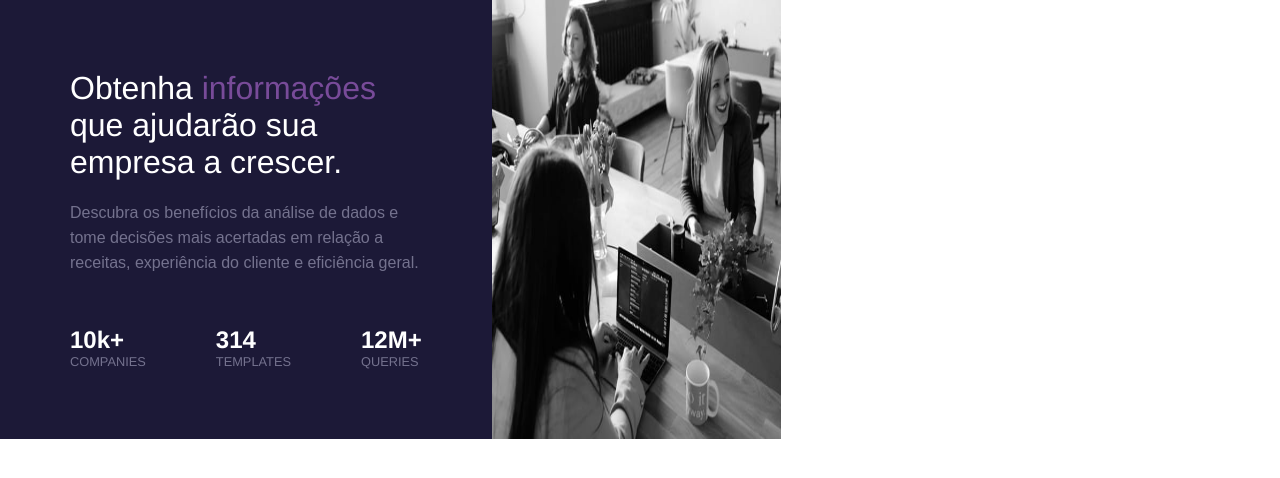
Repository: caique2512/componentes-de-estatisticas
Page: index.html
These files come from the project's save history. The page is drawn as it stood at one moment and after the next save; the edit follows.
The browser window is 1280 px wide. The pictures show the whole page.

Above is the page before, as saved 2026-03-03 17:38:52.

### index.html
<!DOCTYPE html>
<html lang="pt-br">
<head>
    <meta charset="UTF-8">
    <meta name="viewport" content="width=device-width, initial-scale=1.0">
    <title>Estatisticas</title>
    <link rel="stylesheet" href="src/reset.css">
    <link rel="stylesheet" href="src/estilos.css">
</head>
<body>
    <main class="conteudo">
        <div class="conteudo-principal">
            <h1 class="titulo">Obtenha <span>informações</span> que ajudarão sua empresa a crescer.</h1>
            <p class="subtitulo">Descubra os benefícios da análise de dados e tome decisões mais acertadas em relação a receitas, experiência do cliente e eficiência geral.</p>
            <ul class="estatisticas">
                <ul class="item1">
                    <li class="descricao">10k+</li>
                    <li>COMPANIES</li>
                </ul>
                <ul class="item2">
                    <li class="descricao">314</li>
                    <li>TEMPLATES</li>
                </ul>
                <ul class="item3">
                    <li class="descricao">12M+</li>
                    <li>QUERIES</li>
                </ul>
            </ul>
        </div>
        <picture class="img">
            <img src="./images/image-header-desktop.jpg" alt="Mulheres no escritório">
        </picture>
    </main>
</body>
</html>

### src/estilos.css
.conteudo {
    background-color: #1C1937;
    display: flex;
    max-width: calc(100% - 39%);
}

.conteudo-principal {
    padding: 70px;
    width: 500px;
}

.conteudo-principal .titulo {
    color: white;
    font-weight: 100;
    font-family: 'Franklin Gothic Medium', 'Arial Narrow', Arial, sans-serif;
    margin-bottom: 20px;
}

.conteudo-principal .titulo span {
    color: #784B99;
}

.conteudo-principal .subtitulo {
    color: #74728e;
    font-family: Arial, Helvetica, sans-serif;
    line-height: 1.56rem;
}

.conteudo-principal .estatisticas {
    display: flex;
    gap: 70px;
    margin-top: 50px;
}

.conteudo-principal .estatisticas .descricao {
    color: white;
    list-style: none;
    font-size: 1.5rem;
    font-weight: 600;
    font-family: 'Franklin Gothic Medium', 'Arial Narrow', Arial, sans-serif;
}

.conteudo-principal .estatisticas li {
    color: #74728e;
    font-family: 'Franklin Gothic Medium', 'Arial Narrow', Arial, sans-serif;
    font-size: 0.8rem;
    list-style: none;
}

.conteudo .img img {
    width: 100%;
    height: 100%;
}

Loaded but not shown: src/reset.css (common file)

After the next save:
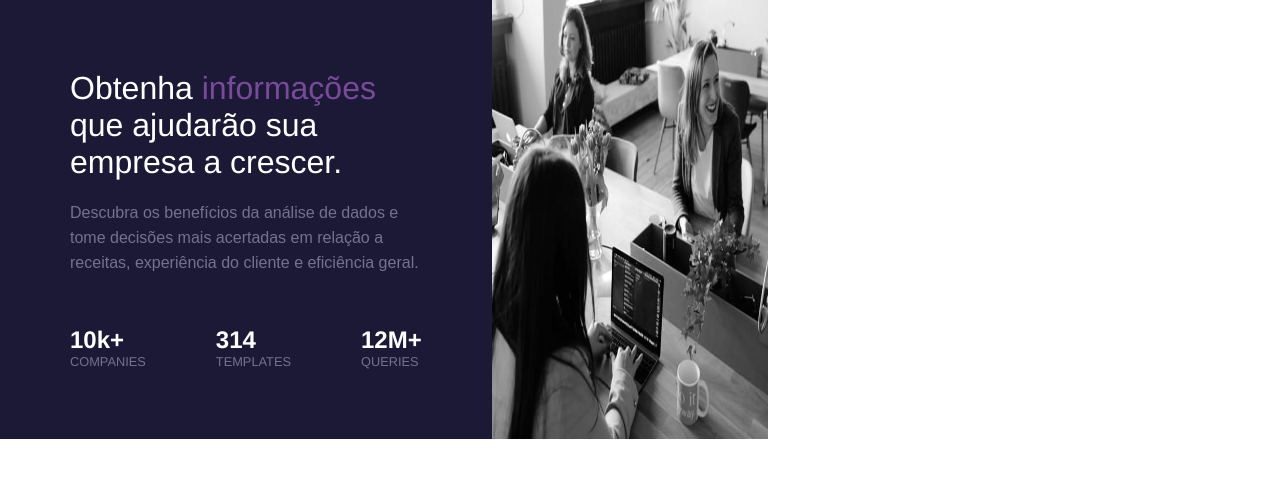
Saved 7 s later.
--- a/src/estilos.css
+++ b/src/estilos.css
@@ -1,7 +1,7 @@
 .conteudo {
     background-color: #1C1937;
     display: flex;
-    max-width: calc(100% - 39%);
+    max-width: calc(100% - 40%);
 }
 
 .conteudo-principal {
